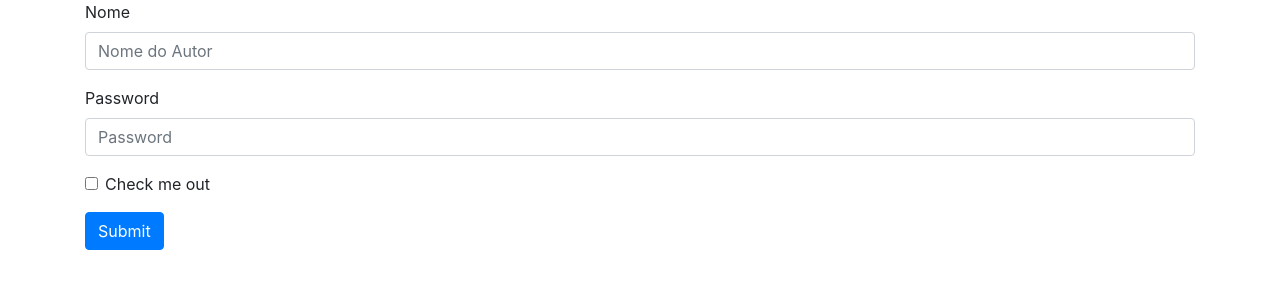
Repository: wellersonfc/simple-crud-react
Page: /
The author's editor kept a copy of each file at every save. The page is drawn from the files as they stood at one save, then again after the next save.
The browser window is 1280 px wide. The pictures show the whole page.
The project was rebuilt for these pictures with package versions that can differ from the ones it lists, and the page was loaded fresh each time.

Above is the page before, as saved 2019-09-22 15:24:11.

After the next save:
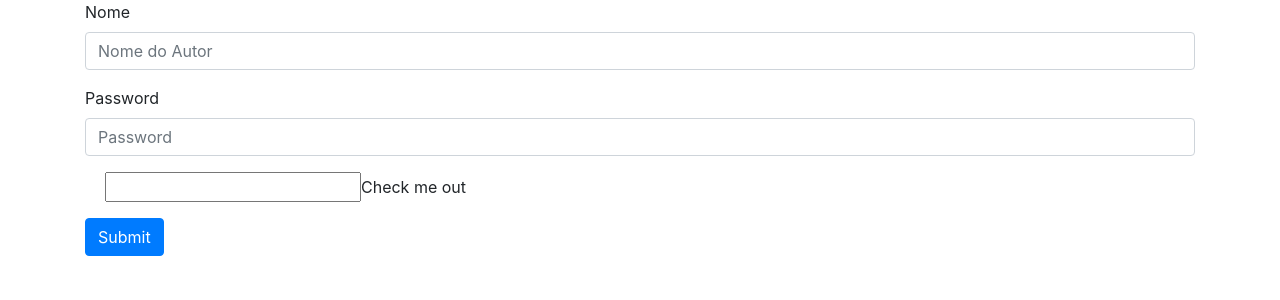
Saved 27 s later.
--- a/src/App.js
+++ b/src/App.js
@@ -16,7 +16,7 @@ function App() {
               <input type="password" class="form-control" id="exampleInputPassword1" placeholder="Password"/>
             </div>
             <div class="form-group form-check">
-              <input type="checkbox" class="form-check-input" id="exampleCheck1"/>
+            <input id="email" type="email" name="email" value=""  />
               <label class="form-check-label" for="exampleCheck1">Check me out</label>
             </div>
             <button type="submit" class="btn btn-primary">Submit</button>
